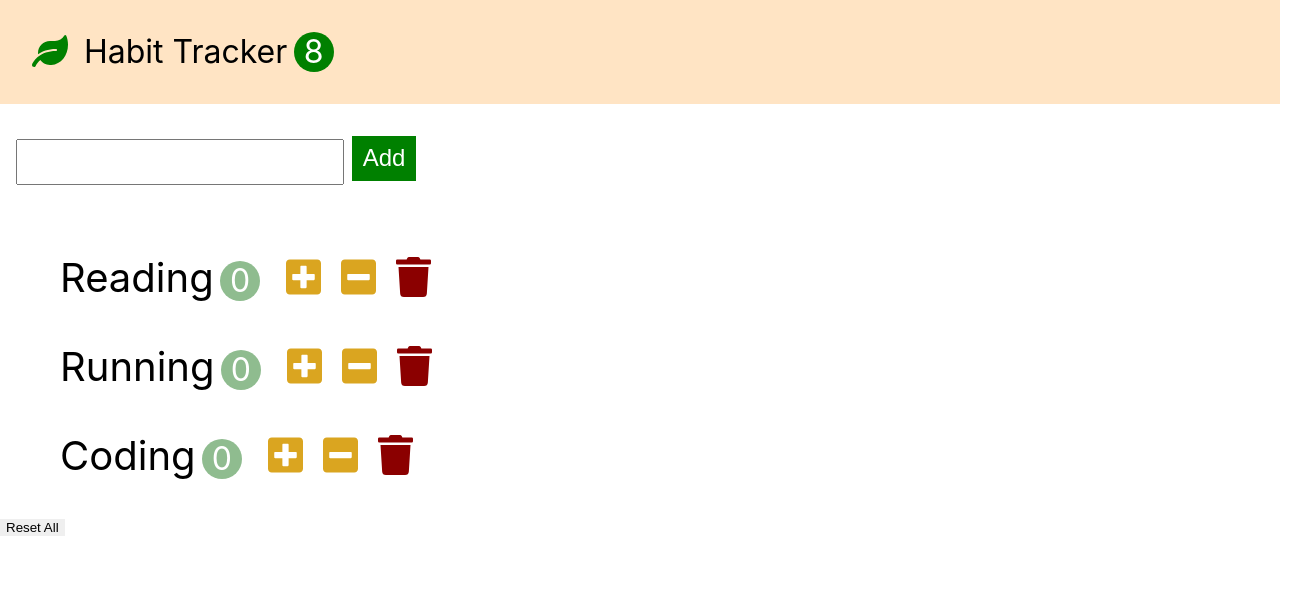
Repository: keehoonjung/react-habit-tracker
Page: / (app in react/habit-tracker/)
These files come from the project's save history. The page is drawn as it stood at one moment and after the next save; the edit follows.
The browser window is 1280 px wide. The page is 1312 px wide, so the pictures cover 1312 px, including what lies to the right of the window. The pictures show the whole page.
The project was rebuilt for these pictures with package versions that can differ from the ones it lists, and the page was loaded fresh each time.

Above is the page before, as saved 2021-08-30 18:39:22.

After the next save:
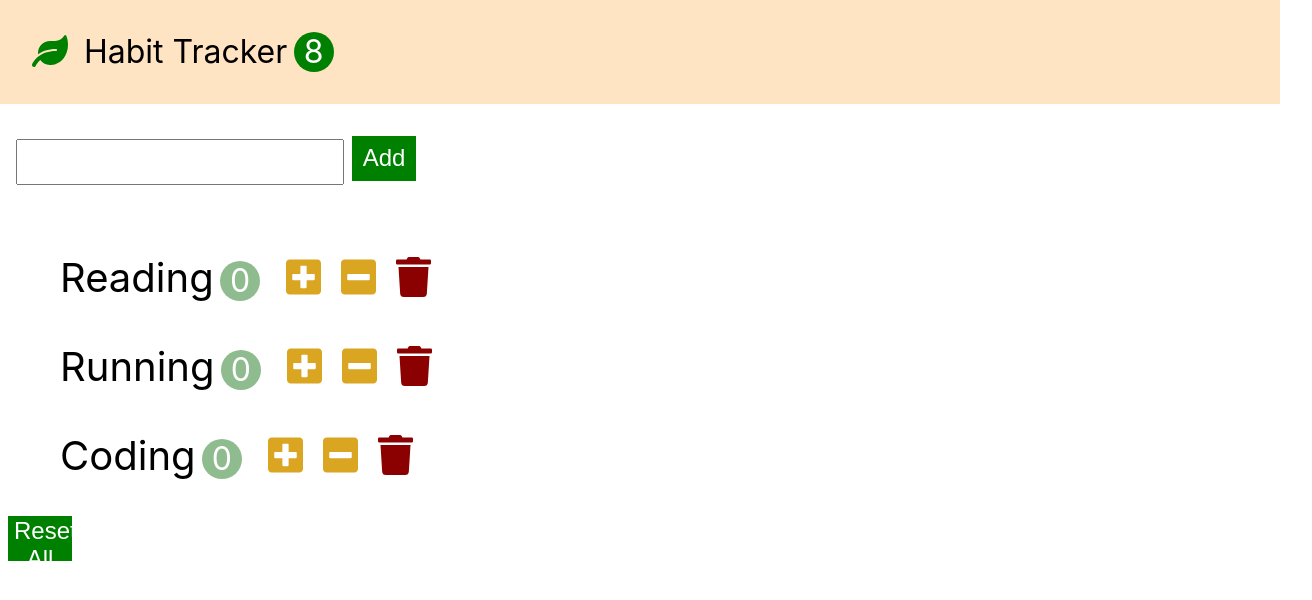
Saved 61 s later.
--- a/react/habit-tracker/src/app.css
+++ b/react/habit-tracker/src/app.css
@@ -86,3 +86,12 @@ button {
 .habit-delete {
   color: darkred;
 }
+
+.reset-button {
+  font-size: 1.5rem;
+  height: 2.8rem;
+  width: 4rem;
+  margin-left: 0.5rem;
+  background-color: green;
+  color: white;
+}
